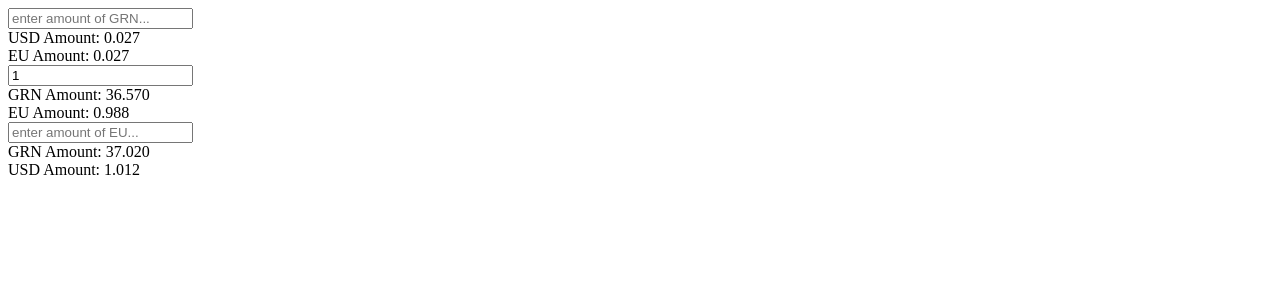
Repository: rutsguifd/mkr-test
Page: /
The author's editor kept a copy of each file at every save. The page is drawn from the files as they stood at one save, then again after the next save.
The browser window is 1280 px wide. The pictures show the whole page.
The project was rebuilt for these pictures with package versions that can differ from the ones it lists, and the page was loaded fresh each time.

Above is the page before, as saved 2022-11-10 22:12:56.

### src/App.js
import CurrencyExchanger from "./components/CurrencyExchanger";

function App() {
  return (
    <div className="App">
      <CurrencyExchanger />
    </div>
  );
}

export default App;

### src/components/CurrencyExchanger.jsx
import React, { useState } from "react";

const CurrencyExchanger = () => {
  const [grivnyaAmount, setGrivnyaAmount] = useState(1);
  const [USDAmount, setUSDAmount] = useState(1);
  const [euroAmount, setEuroAmount] = useState(1);
  const USDPrice = 36.57;
  const euroPrice = 37.02;
  return (
    <>
      <div>
        <input
          id="GRN"
          onChange={(e) => setGrivnyaAmount(e.target.value)}
          placeholder="enter amount of GRN..."
        />
        <div>USD Amount: {(grivnyaAmount / USDPrice).toFixed(3)}</div>
        <div>EU Amount: {(grivnyaAmount / euroPrice).toFixed(3)}</div>
      </div>
      <div>
        <input
          id="USD"
          value={grivnyaAmount}
          onChange={(e) => setUSDAmount(e.target.value)}
          placeholder="enter amount of USD..."
        />
        <div>GRN Amount: {(USDAmount * USDPrice).toFixed(3)}</div>
        <div>EU Amount: {((USDAmount * USDPrice) / euroPrice).toFixed(3)}</div>
      </div>
      <div>
        <input
          id="EU"
          onChange={(e) => setEuroAmount(e.target.value)}
          placeholder="enter amount of EU..."
        />
        <div>GRN Amount: {(euroAmount * euroPrice).toFixed(3)}</div>
        <div>
          USD Amount: {((euroAmount * euroPrice) / USDPrice).toFixed(3)}
        </div>
      </div>
    </>
  );
};

export default CurrencyExchanger;

Loaded but not shown: public/index.html (common file); src/index.js (common file)

After the next save:
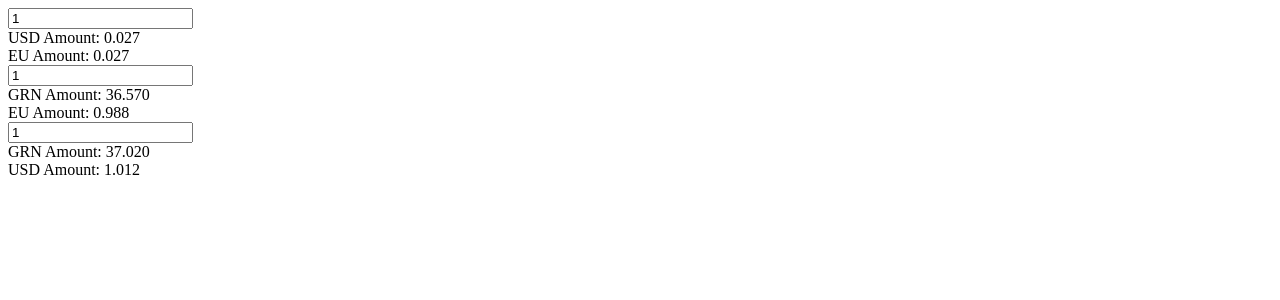
Saved 44 s later.
--- a/src/components/CurrencyExchanger.jsx
+++ b/src/components/CurrencyExchanger.jsx
@@ -11,6 +11,7 @@ const CurrencyExchanger = () => {
       <div>
         <input
           id="GRN"
+          value={grivnyaAmount}
           onChange={(e) => setGrivnyaAmount(e.target.value)}
           placeholder="enter amount of GRN..."
         />
@@ -20,7 +21,7 @@ const CurrencyExchanger = () => {
       <div>
         <input
           id="USD"
-          value={grivnyaAmount}
+          value={USDAmount}
           onChange={(e) => setUSDAmount(e.target.value)}
           placeholder="enter amount of USD..."
         />
@@ -30,6 +31,7 @@ const CurrencyExchanger = () => {
       <div>
         <input
           id="EU"
+          value={euroAmount}
           onChange={(e) => setEuroAmount(e.target.value)}
           placeholder="enter amount of EU..."
         />
